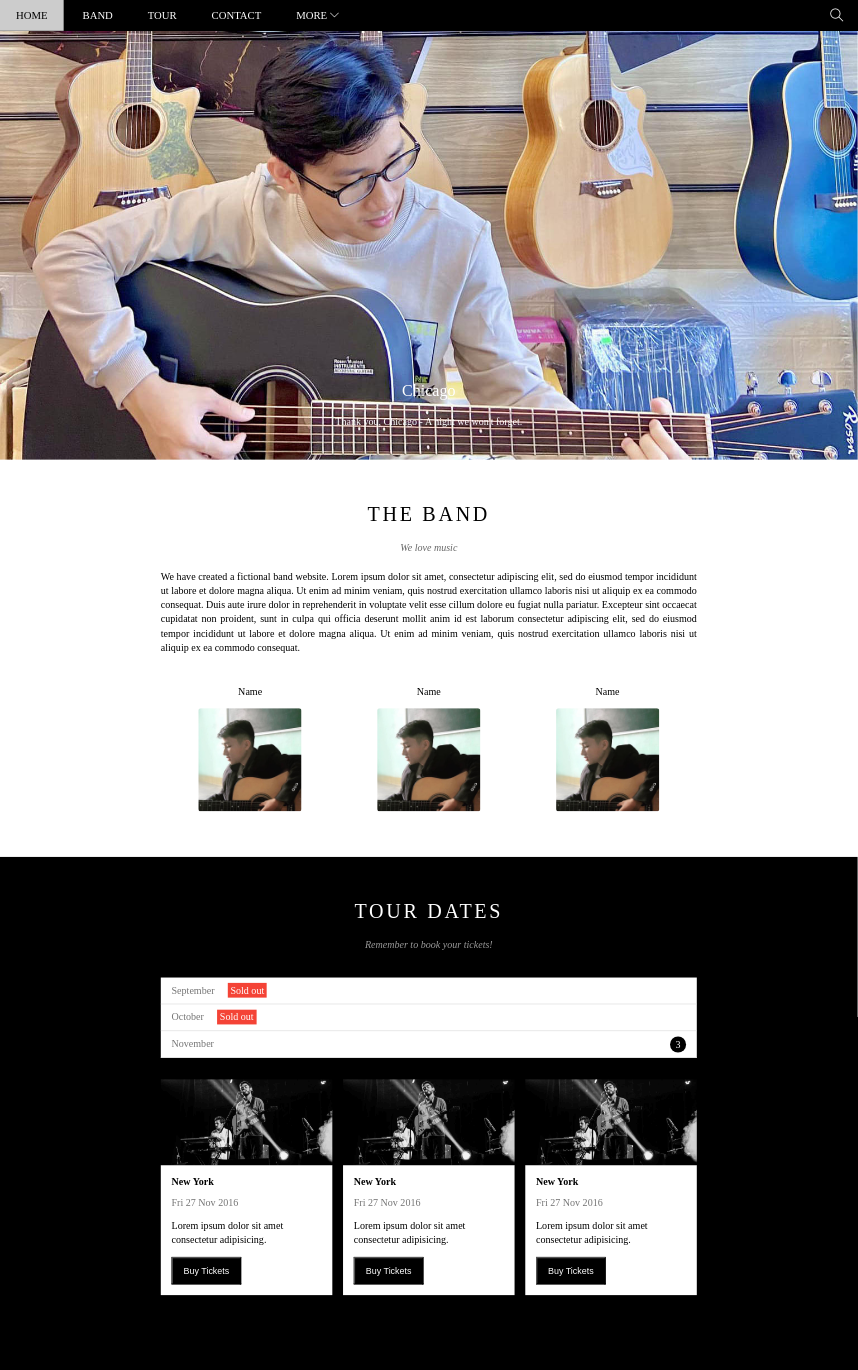
Repository: quochung2k3/Web-Team
Page: index.html
The author's editor kept a copy of each file at every save. The page is drawn from the files as they stood at one save, then again after the next save.
The browser window is 1280 px wide. The pictures show the whole page, at 67% of full size.

Above is the page before, as saved 2023-08-14 20:08:10.

After the next save:
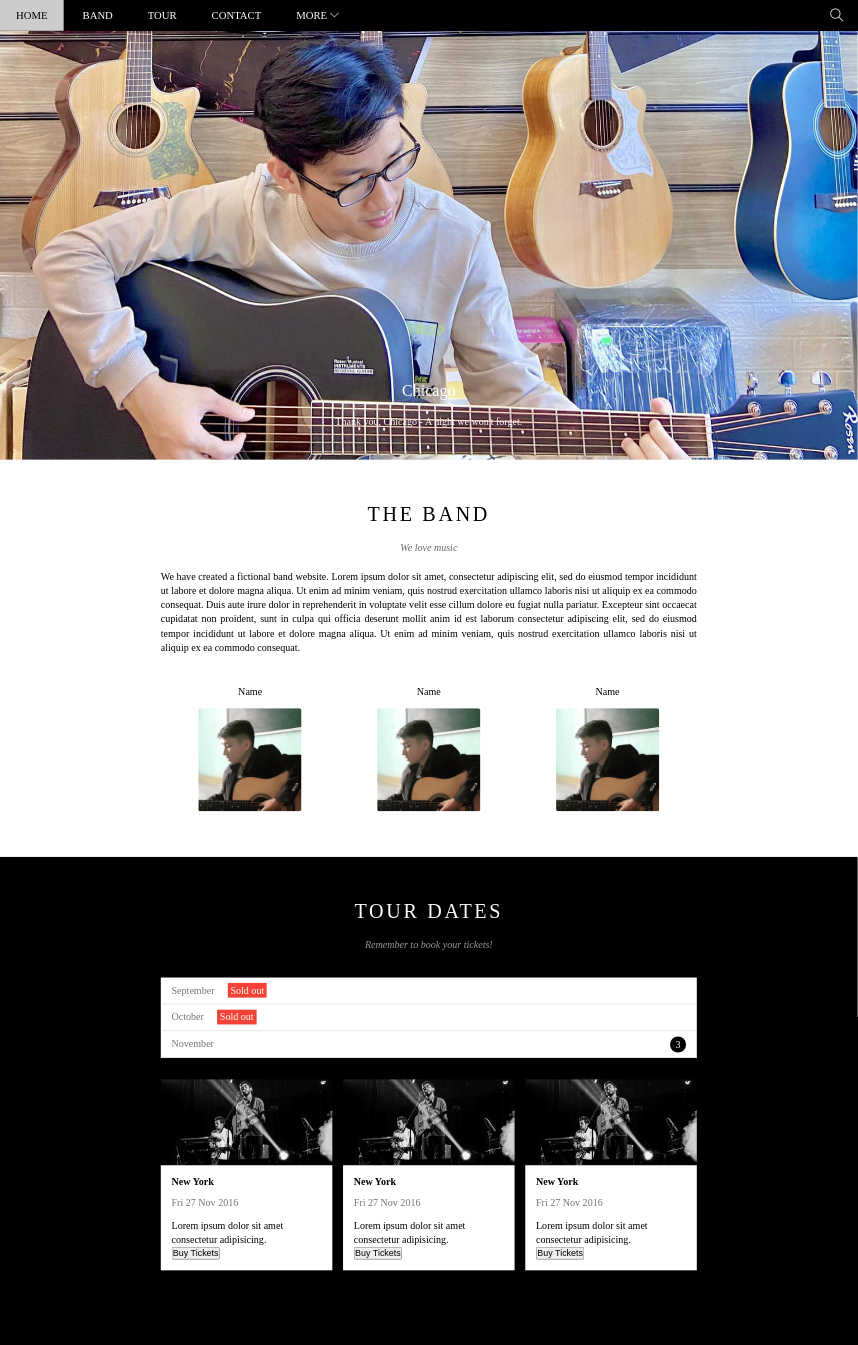
Saved 4 min 37 s later.
--- a/index.html
+++ b/index.html
@@ -81,7 +81,7 @@
                                 <h3 class="place-heading">New York</h3>
                                 <p class="place-time">Fri 27 Nov 2016</p>
                                 <p class="place-description">Lorem ipsum dolor sit amet consectetur adipisicing.</p>
-                                <button class="place-buy-btn">Buy Tickets</button>
+                                <button class="btn s-full-width js-buy-ticket">Buy Tickets</button>
                             </div>
                         </div>
 
@@ -91,7 +91,7 @@
                                 <h3 class="place-heading">New York</h3>
                                 <p class="place-time">Fri 27 Nov 2016</p>
                                 <p class="place-description">Lorem ipsum dolor sit amet consectetur adipisicing.</p>
-                                <button class="place-buy-btn">Buy Tickets</button>
+                                <button class="btn s-full-width js-buy-ticket">Buy Tickets</button>
                             </div>
                         </div>
 
@@ -101,7 +101,7 @@
                                 <h3 class="place-heading">New York</h3>
                                 <p class="place-time">Fri 27 Nov 2016</p>
                                 <p class="place-description">Lorem ipsum dolor sit amet consectetur adipisicing.</p>
-                                <button class="place-buy-btn">Buy Tickets</button>
+                                <button class="btn s-full-width js-buy-ticket">Buy Tickets</button>
                             </div>
                         </div>
                         <div class="clear"></div>

After the save that followed:
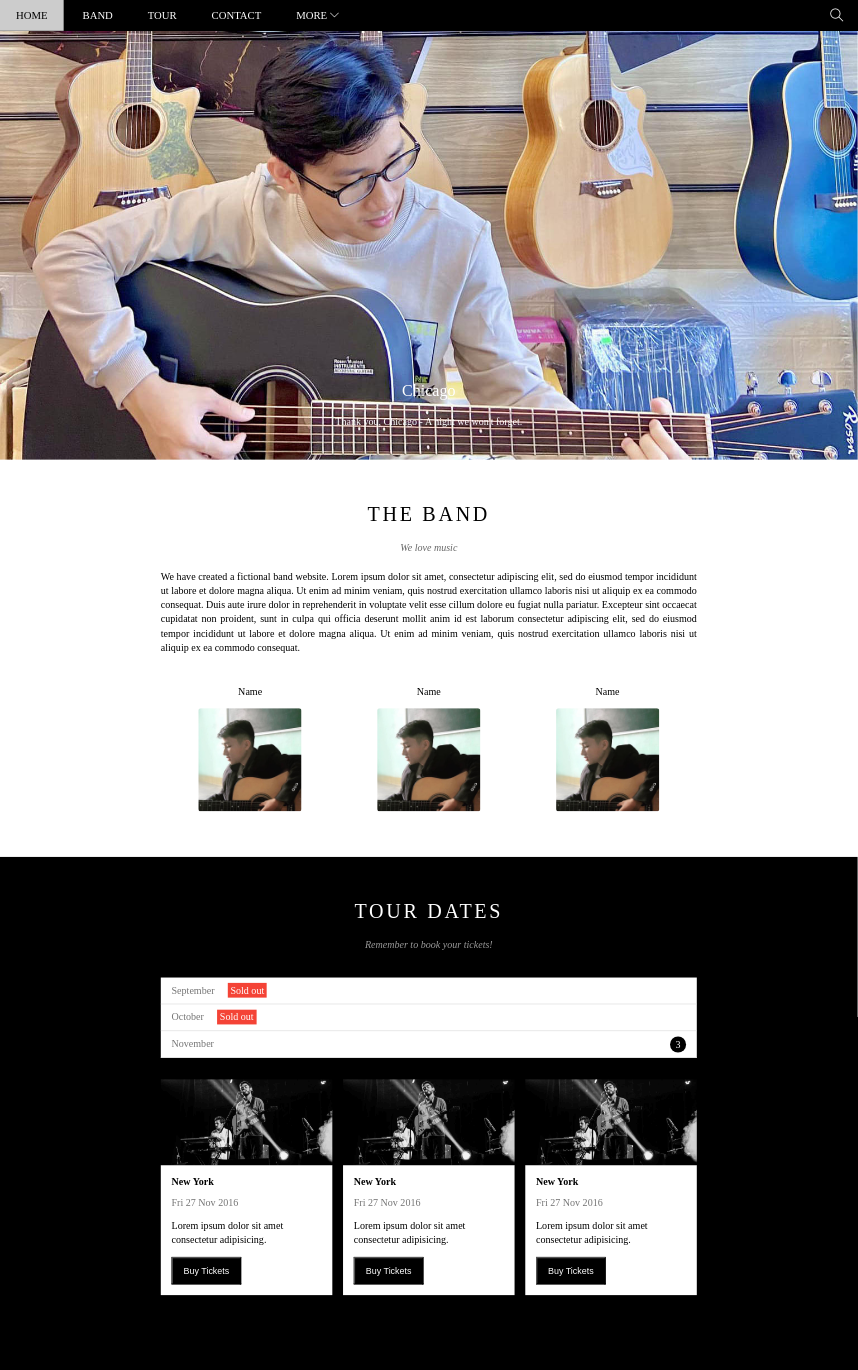
Saved 6 s later.
--- a/assets/css/style.css
+++ b/assets/css/style.css
@@ -261,7 +261,7 @@
     line-height: 1.4;
 }
 
-.place-buy-btn {
+.s-full-width {
     margin-top: 15px;
     text-decoration: none;
     color: #fff;
